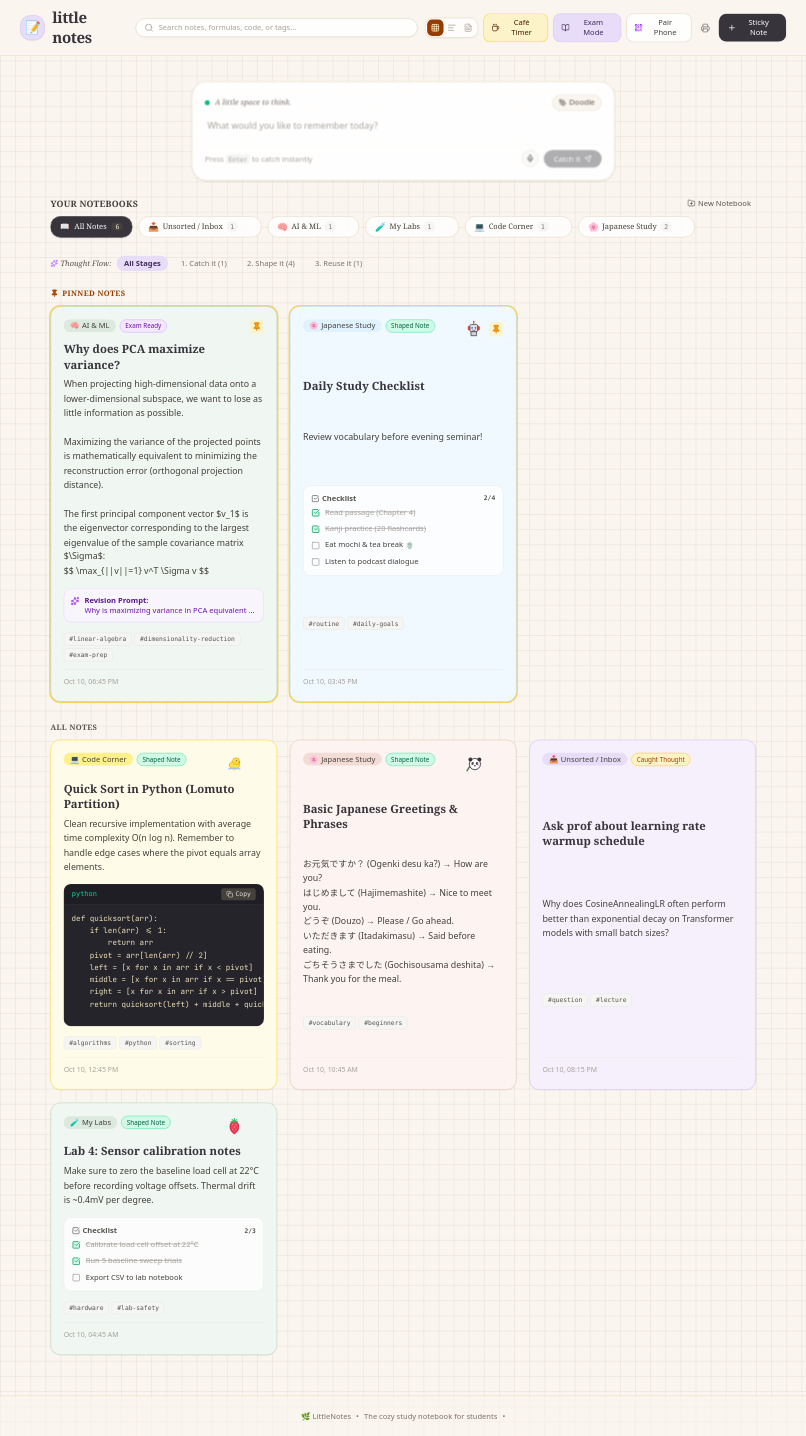
Repository: NourImen-cloud/LittleNotes
Page: /
These files come from the project's save history. The page is drawn as it stood at one moment and after the next save; the edit follows.
The browser window is 1280 px wide. The pictures show the whole page, at 63% of full size.
Some web fonts or font styles are not loaded; a fallback is used. The project was rebuilt for these pictures with package versions that can differ from the ones it lists, and the page was loaded fresh each time. Also part of the build but not shown: vite.config.ts, src/components/StickyNotePickerModal.tsx, src/components/EditNoteModal.tsx, src/components/RevisionModal.tsx, src/utils/audio.ts, src/components/StudyTimerModal.tsx, src/components/DoodleCanvasModal.tsx.

Above is the page before, as saved 2026-10-11 16:35:56.

After the next save:
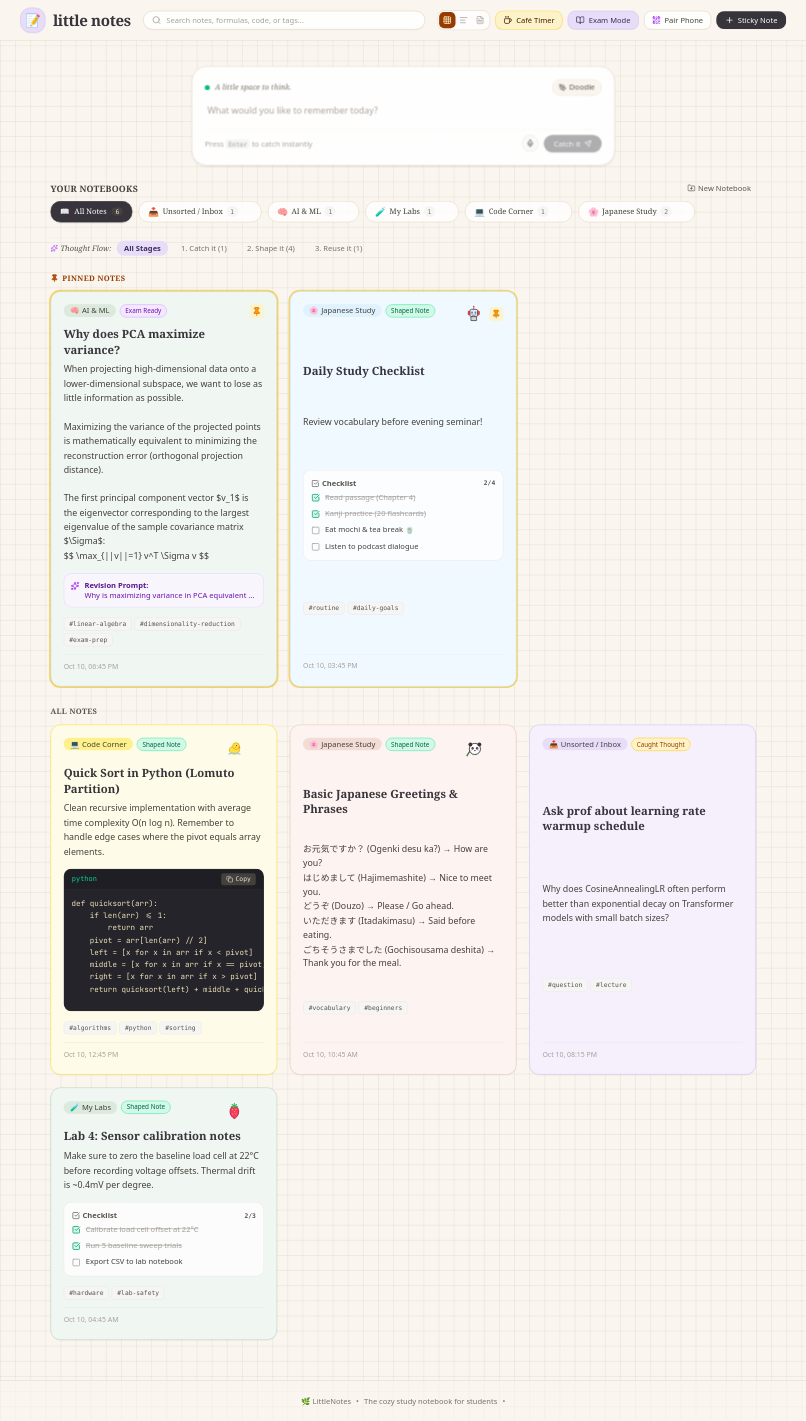
Saved 31 s later.
--- a/src/components/Header.tsx
+++ b/src/components/Header.tsx
@@ -183,14 +183,6 @@ export const Header: React.FC<Props> = ({
 
 
 
-          {/* Printable Cheat Sheet */}
-          <button
-            onClick={onPrintGuide}
-            className="p-1.5 rounded-xl text-stone-500 hover:text-stone-800 hover:bg-stone-200/50 transition cursor-pointer"
-            title="Print Study Guide / Cheat Sheet"
-          >
-            <Printer size={15} />
-          </button>
 
           {/* Add Sticky Note button */}
           <button
